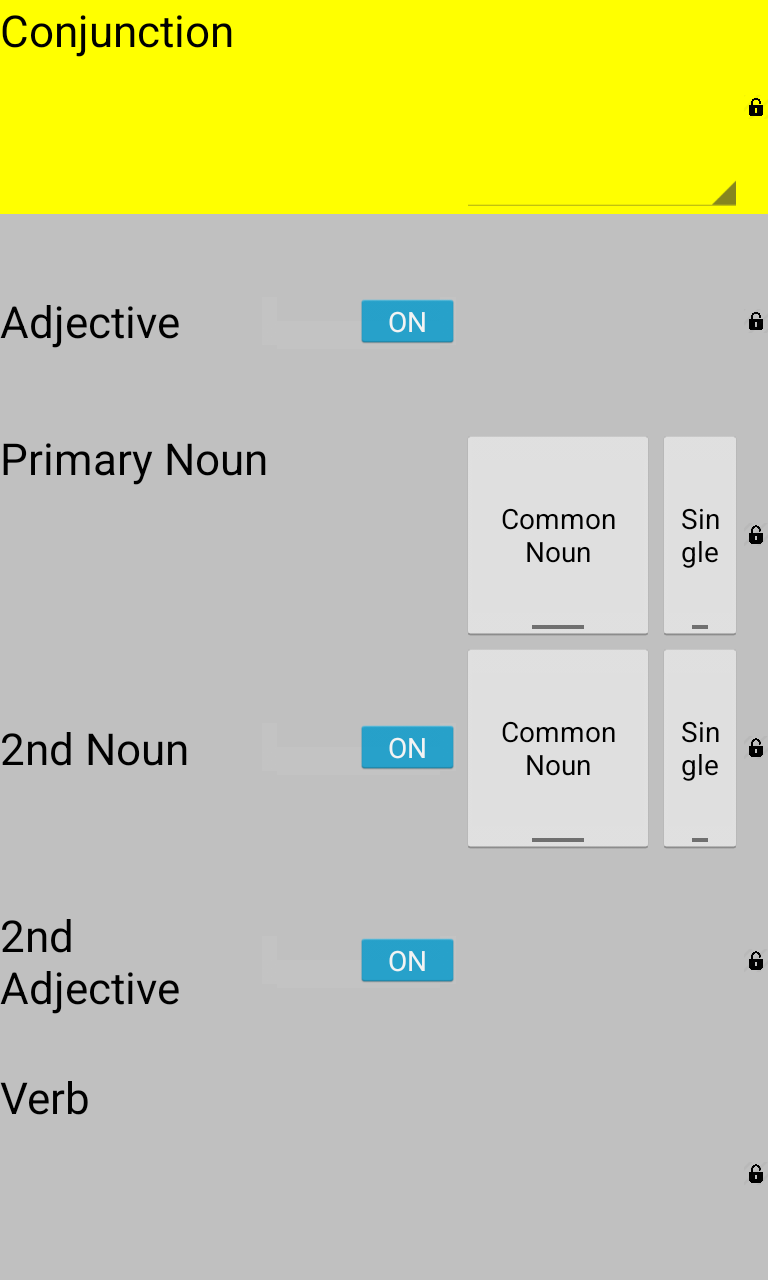
Repository: TheDizzler/TableTopTools
Layout: RPGTools/res/layout/fragment_cause_controls.xml
The author's editor kept a copy of each file at every save. The layout is drawn from the files as they stood at one save, then again after a run of saves.
It is drawn on a 768 x 1280 px phone screen (xhdpi) without system bars, with theme AppTheme; the app's code is not run.

Above is the layout before, as saved 2017-03-26 19:21:09.

After the next 2 saves:
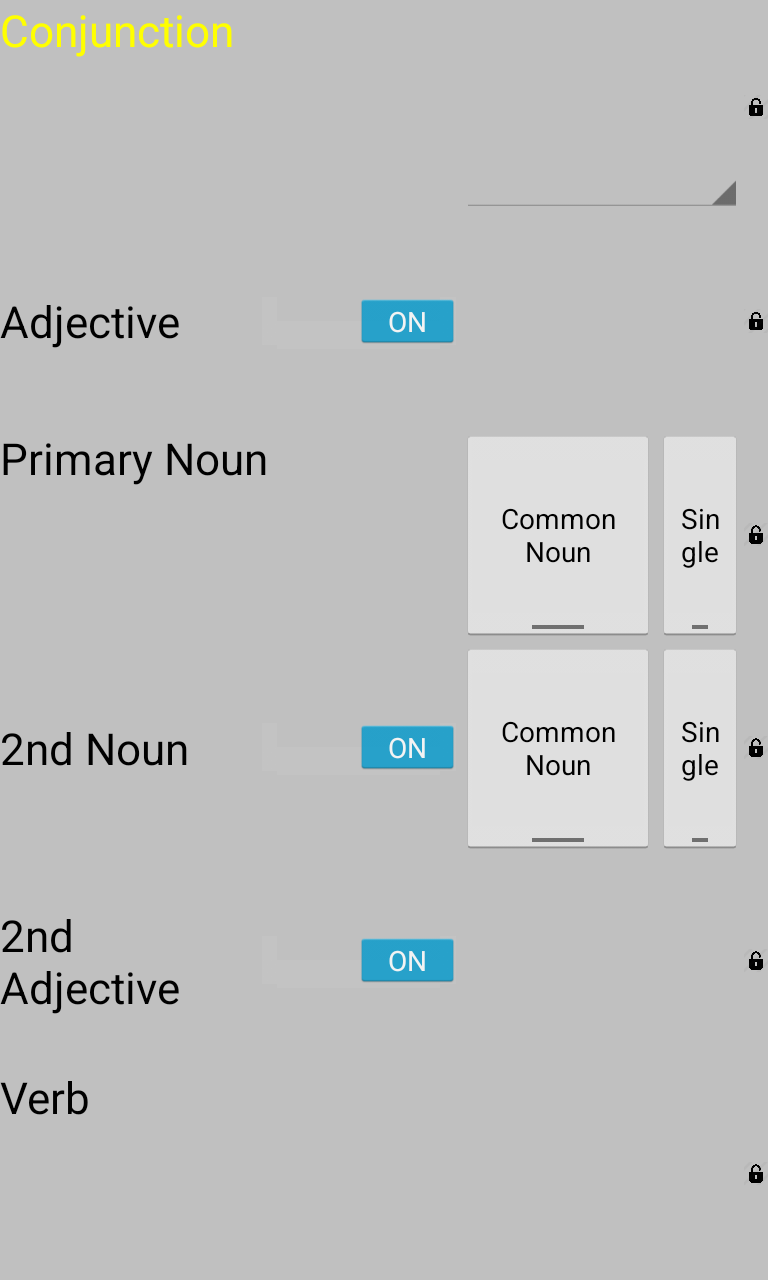
The 2 saves are shown as one change because they came seconds apart.
The last was saved 10 min 26 s later.
--- a/RPGTools/res/layout/fragment_cause_controls.xml
+++ b/RPGTools/res/layout/fragment_cause_controls.xml
@@ -12,7 +12,6 @@
         android:layout_width="match_parent"
         android:layout_height="wrap_content"
         android:layout_weight="1"
-        android:background="#FFFFFF00"
         android:weightSum="4" >
 
         <TextView
@@ -22,8 +21,8 @@
             android:layout_span="1"
             android:layout_weight="1"
             android:text="Conjunction"
-
-            android:textAppearance="?android:attr/textAppearanceLarge" />
+            android:textAppearance="?android:attr/textAppearanceLarge"
+            android:textColor="#FFFFFF00" />
 
         <Spinner
             android:id="@+id/spinner_Conjunctions"
